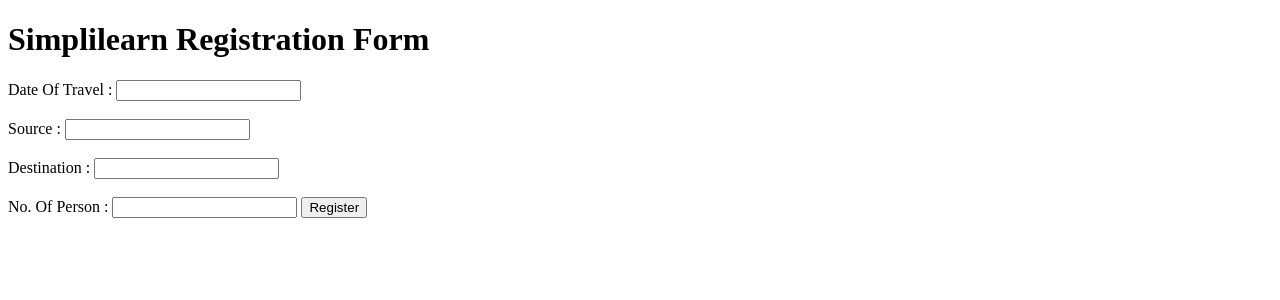
Repository: RamJangid/AdvanceJavaDone
Page: http://localhost/FlyAway/
An editor plug-in stored every save of this project. The page is shown before and after the next save, followed by the edit.
The browser window is 1280 px wide. The pictures show the whole page.
The page is served by Tomcat 9. Other server files are loaded and not shown.

Above is the page before, as saved 2022-09-20 10:00:05.

### FlyAway/src/main/webapp/Welcome.jsp
<%@ page language="java" contentType="text/html; charset=UTF-8"
    pageEncoding="UTF-8"%>
<!DOCTYPE html>
<html>
<head>
<meta charset="UTF-8">
<title>Simplilearn Registration</title>
</head>
<body>

	<h1>Simplilearn Registration Form</h1>

	<form action="<%= request.getContextPath()%>/available_Flights" method="post">

	Date Of Travel : <input type ="text" name = "dateOfTravel">
	<br><br>
	Source : <input type ="text" name = "source">
	<br><br>
	Destination : <input type ="text" name ="destination">
	<br><br>
	No. Of Person : <input type ="text" name ="No_Of_Person">

	<tr>

			<td colspan = 2 align = "center">
				<input type = "submit" value = "Register">
			</td>

	</tr>

	</form>


</body>

</html>

After the next save:
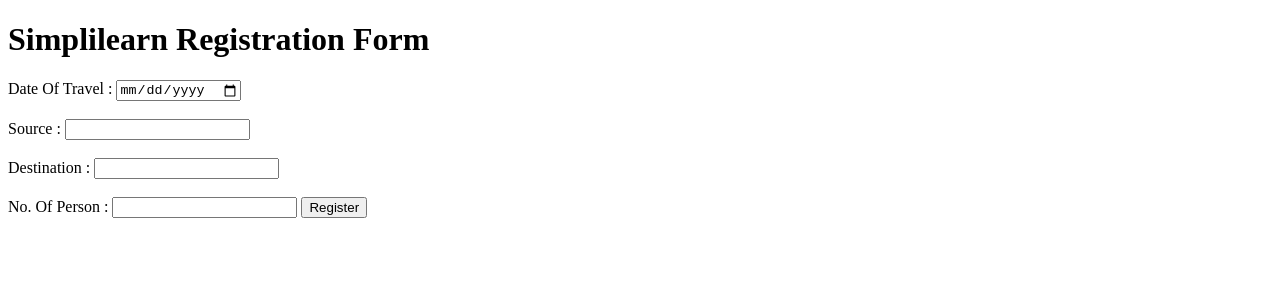
Saved 111 min 19 s later.
--- a/FlyAway/src/main/webapp/Welcome.jsp
+++ b/FlyAway/src/main/webapp/Welcome.jsp
@@ -12,7 +12,7 @@
 
 	<form action="<%= request.getContextPath()%>/available_Flights" method="post">
 
-	Date Of Travel : <input type ="text" name = "dateOfTravel">
+	Date Of Travel : <input type ="date" name = "dateOfTravel">
 	<br><br>
 	Source : <input type ="text" name = "source">
 	<br><br>
